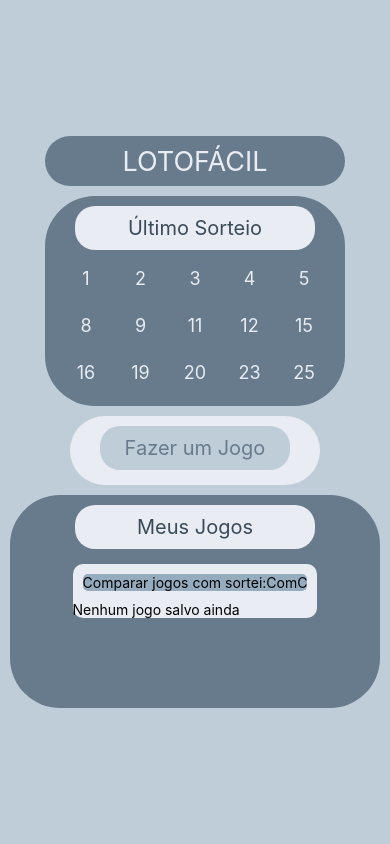
Repository: Deyvid-Kasteh/LotofacilApp
Screen: /
These files come from the project's save history. The screen is drawn as it stood at one moment and after the next save; the edit follows.
The app was drawn by React Native's web renderer in a window 390 px wide. The project was rebuilt for these pictures with package versions that can differ from the ones it lists, and the page was loaded fresh each time. Also part of the build but not shown: Bolhas.js, components/Resultado.js, paginaTESTE.js, paginaTESTE2.js, SeuComponentePai.js, components/Jogo.js, components/ResultadoTexte2.js.

Above is the screen before, as saved 2023-12-03 01:39:52.

After the next save:
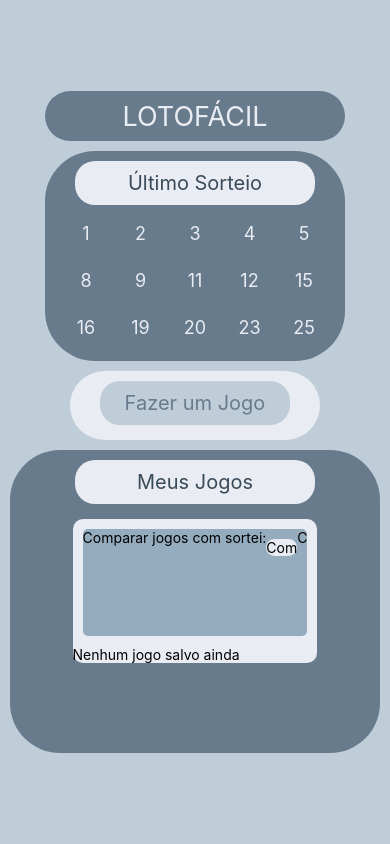
Saved 10 s later.
--- a/components/MostrarJogosSalvos.js
+++ b/components/MostrarJogosSalvos.js
@@ -61,10 +61,17 @@
           flexDirection: "row",
         }}
       >
-        <View >
+        <View>
           <Text>Comparar jogos com sortei:</Text>
         </View>
-        <View>
+        <View
+          style={{
+            borderRadius: 10,
+            backgroundColor: Cores.cor1,
+            marginTop: 10,
+            marginBottom: 80,
+          }}
+        >
           <Text>Com</Text>
         </View>
         <View>

After the save that followed:
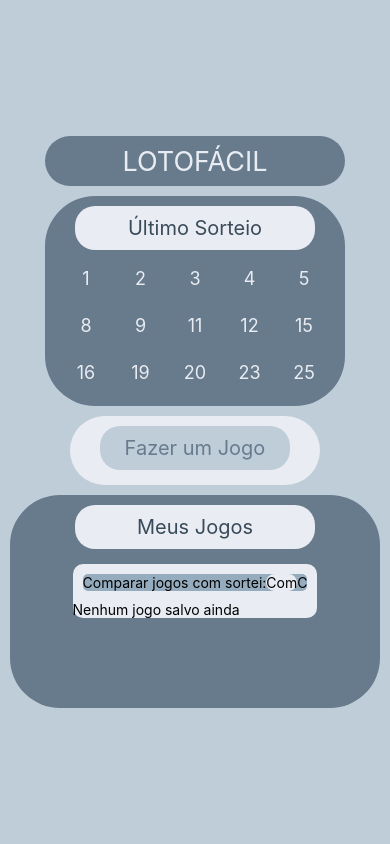
Saved 7 s later.
--- a/components/MostrarJogosSalvos.js
+++ b/components/MostrarJogosSalvos.js
@@ -68,8 +68,7 @@
           style={{
             borderRadius: 10,
             backgroundColor: Cores.cor1,
-            marginTop: 10,
-            marginBottom: 80,
+
           }}
         >
           <Text>Com</Text>
